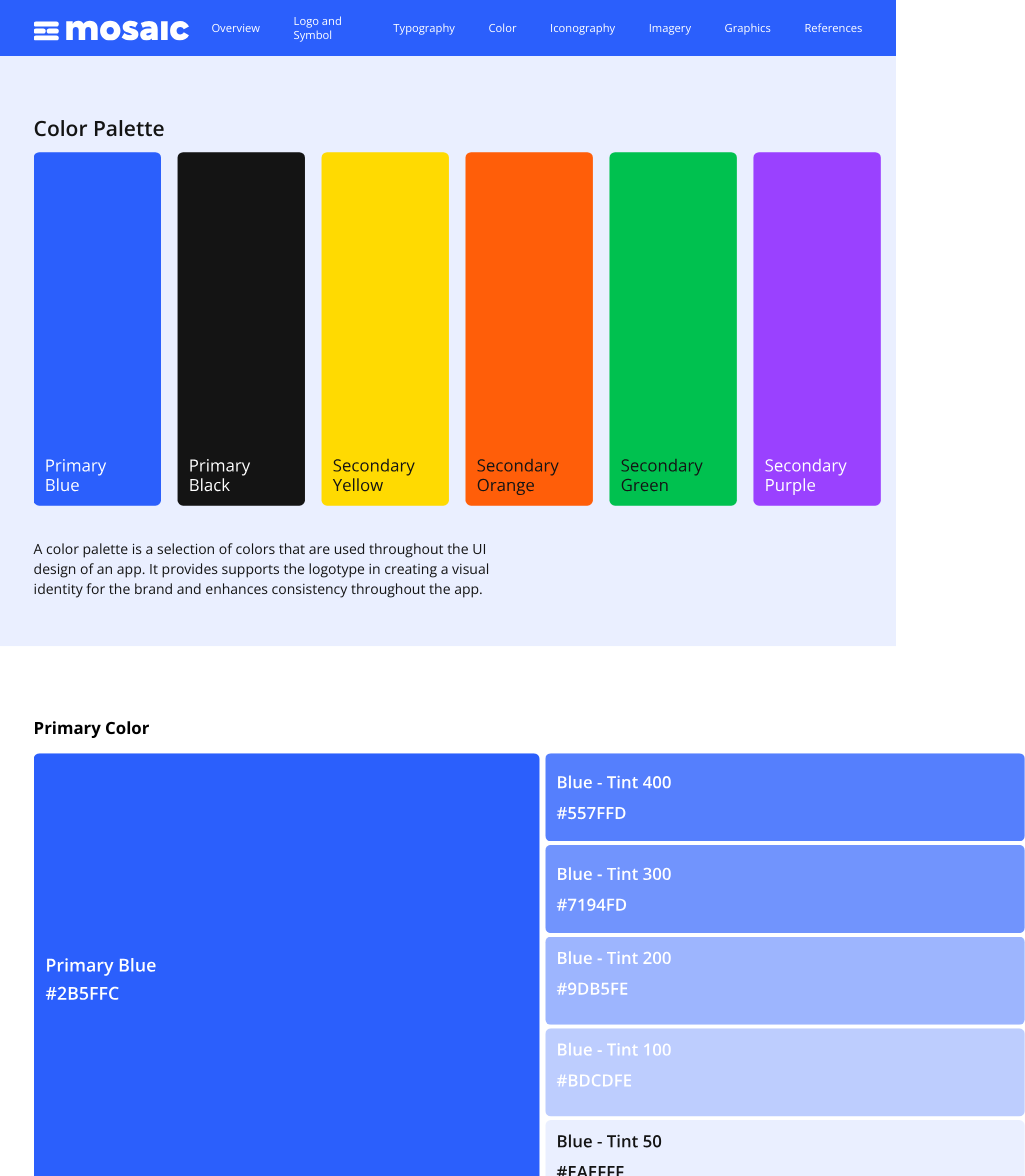
Repository: brunaguarizo/MDIA2109_Mosaic
Page: color.html
These files come from the project's save history. The page is drawn as it stood at one moment and after the next save; the edit follows.
The browser window is 1280 px wide. The page is 1464 px wide, then 1280 px, so the pictures cover 1464 px, including what lies to the right of the window. The pictures show the part of the page from y = 0 to 1680 px (the page is 9577 px tall before and 9481 px after), at 70% of full size.
Some web fonts or font styles are not loaded; a fallback is used.

Above is the page before, as saved 2025-04-08 09:40:58.

After the next save:
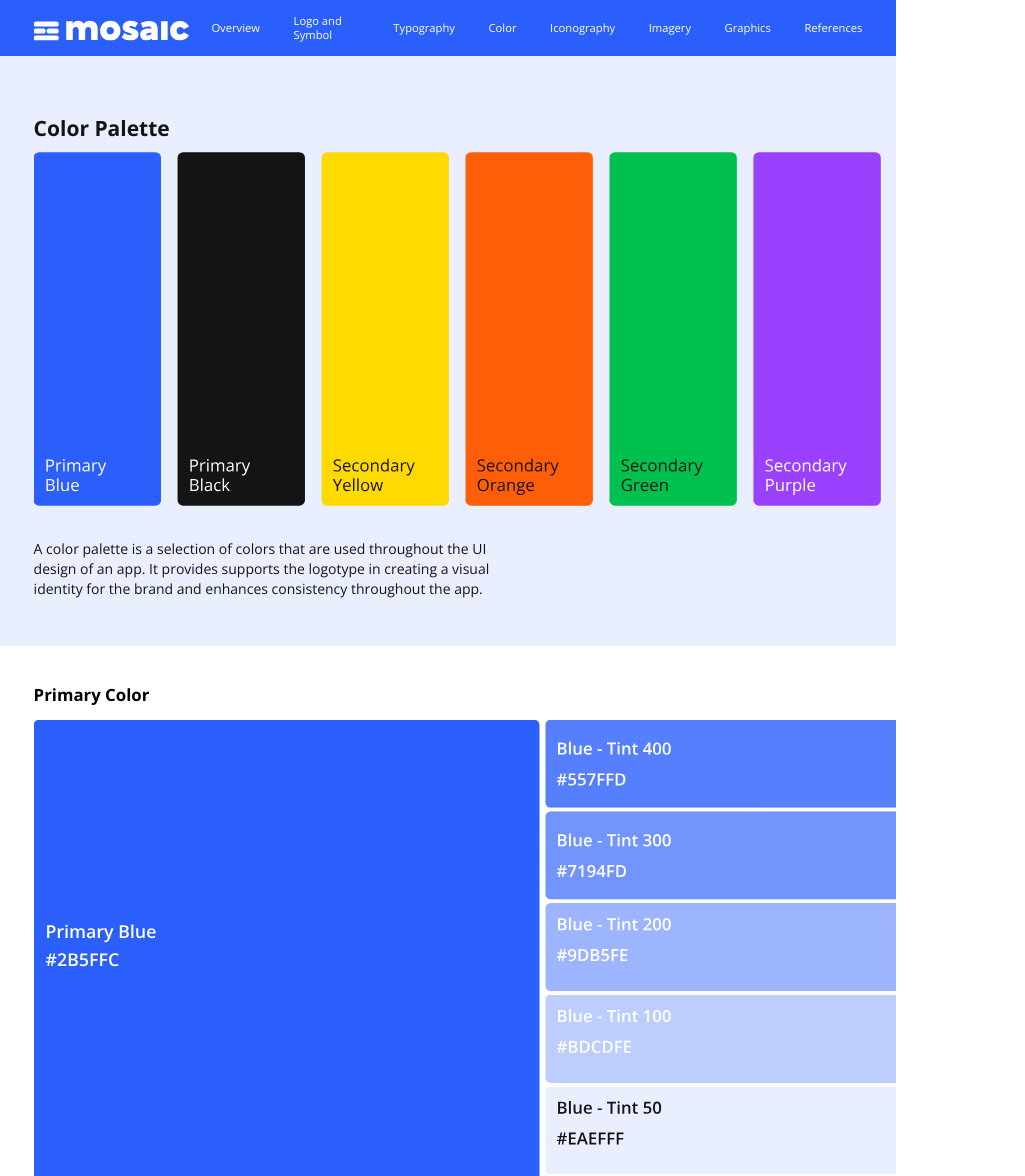
Saved 22 h 49 min later.
--- a/CSS/styles.css
+++ b/CSS/styles.css
@@ -1,11 +1,11 @@
 /* ------------------------------------------------------ GENERAL STYLES ------------------------------------------------------ */
 html, body {
     width: 100%;
+    height: 100%;
     margin: 0;
     padding: 0;
     font-family: var(--font-family);
     box-sizing: border-box;
-    height: 100%;
 }
 
 *, *::before, *::after {
@@ -14,33 +14,49 @@
 
 html {
     display: flex;
-    flex-direction: column;
-    align-items: center;
-    gap: var(--space-extra-large);
+    justify-content: center;
+    align-items: center;
+    height: 100%;
 }
 
 .container {
     display: grid;
     grid-template-columns: 1fr;
     gap: var(--space-large);
-    margin: var(--space-large);
+    width: 100%;
     max-width: 1512px;
-    width: 100%;
+    box-sizing: border-box;
+    margin: 0 auto;
+    padding: 0 var(--space-large);
+    overflow: hidden;
 }
 
 .two-column {
     display: grid;
     grid-template-columns: 1fr 1fr;
     gap: var(--space-large);
-    width: 100%;
 }
 
 .three-column {
     display: grid;
     grid-template-columns: 1fr 1fr 1fr;
-    gap: var(--space-large);
-}
-
+    gap: var(--space-regular);
+}
+
+.four-column {
+    display: grid;
+    grid-template-columns: 0.5fr 1fr 0.5fr 1fr;
+    align-items: center;
+    max-width: 1512px;
+    box-sizing: border-box;
+}
+
+.two-column-styled {
+    display: grid;
+    grid-template-columns: auto 1fr;
+    gap: var(--space-large);
+    align-items: center;
+}
 
 .header-xxlarge {
     color: var(--black);
@@ -53,7 +69,7 @@
 .title-section {
     color: var(--black);
     font-size: var(--title-section-font-size);
-    font-weight: var(--font-weight-600);
+    font-weight: var(--font-weight-700);
     line-height: var(--line-height-large);
     margin-bottom: var(--space-regular);
     text-decoration: none;
@@ -120,20 +136,19 @@
 /* ----- BUTTONS ----- */
 .button-row {
     display: grid;
-    grid-template-columns: repeat(2, 1fr);
-    gap: var(--space-large);
+    grid-template-columns: 1fr 1fr;
+    gap: var(--space-large);
+    width: 100%;
+    box-sizing: border-box;
     margin: var(--space-large) auto;
-    width: 100%;
+    padding: 0 var(--space-large);
+    overflow: hidden;
+    max-width: 1512px;
 }
 
 .button-content {
-    width: 100%;
-    max-width: none;
-    height: var(--space-large);
-    gap: 48px;
-    border-radius: 8px;
-    display: flex;
-    justify-content: space-between;
+    display: flex;
+    justify-content:space-between;
     align-items: center;
     padding: var(--space-medium);
     background-color: var(--blue-primary);
@@ -142,6 +157,9 @@
     margin: 0;
     transition: all 0.3s ease;
     text-decoration: none;
+    border-radius: 8px;
+    height: var(--space-large);
+    flex: 1 1 calc(50% - 24px);
 }
 
 .button-content:hover {
@@ -159,6 +177,7 @@
     font-size: var(--menu-font-size);
 }
 
+
 /* ----- FOOTER ----- */
 .footer {
     display: flex;
